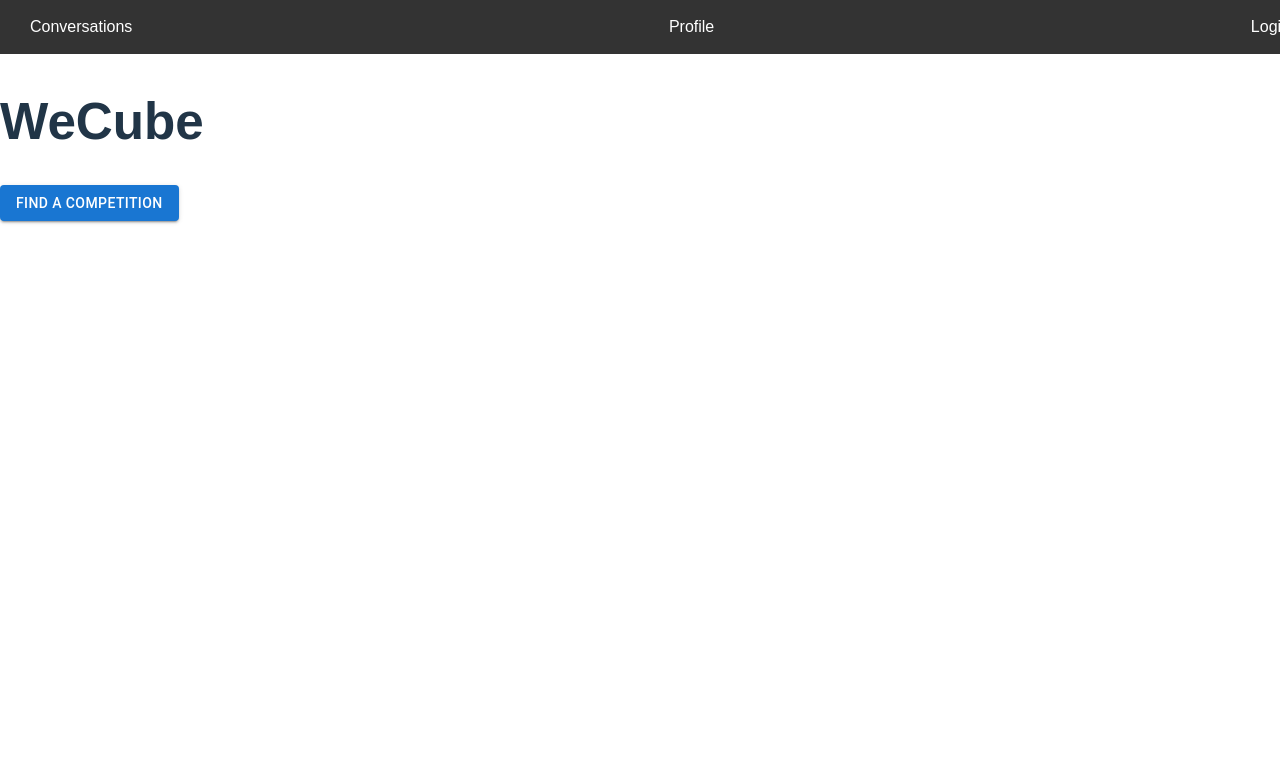
Repository: BWei22/wecube
Page: /
The author's editor kept a copy of each file at every save. The page is drawn from the files as they stood at one save, then again after the next save.
The browser window is 1280 px wide. The pictures show the whole page.
The project was rebuilt for these pictures with package versions that can differ from the ones it lists, and the page was loaded fresh each time. Also part of the build but not shown: vite.config.js, src/pages/Competitions.css, src/pages/Competitions.jsx, src/pages/Listings.css, src/pages/Listings.jsx, src/pages/CreateListing.jsx, src/pages/ListingDetails.css, src/pages/ListingDetails.jsx and 11 more.

Above is the page before, as saved 2024-07-29 23:14:22.

After the next save:
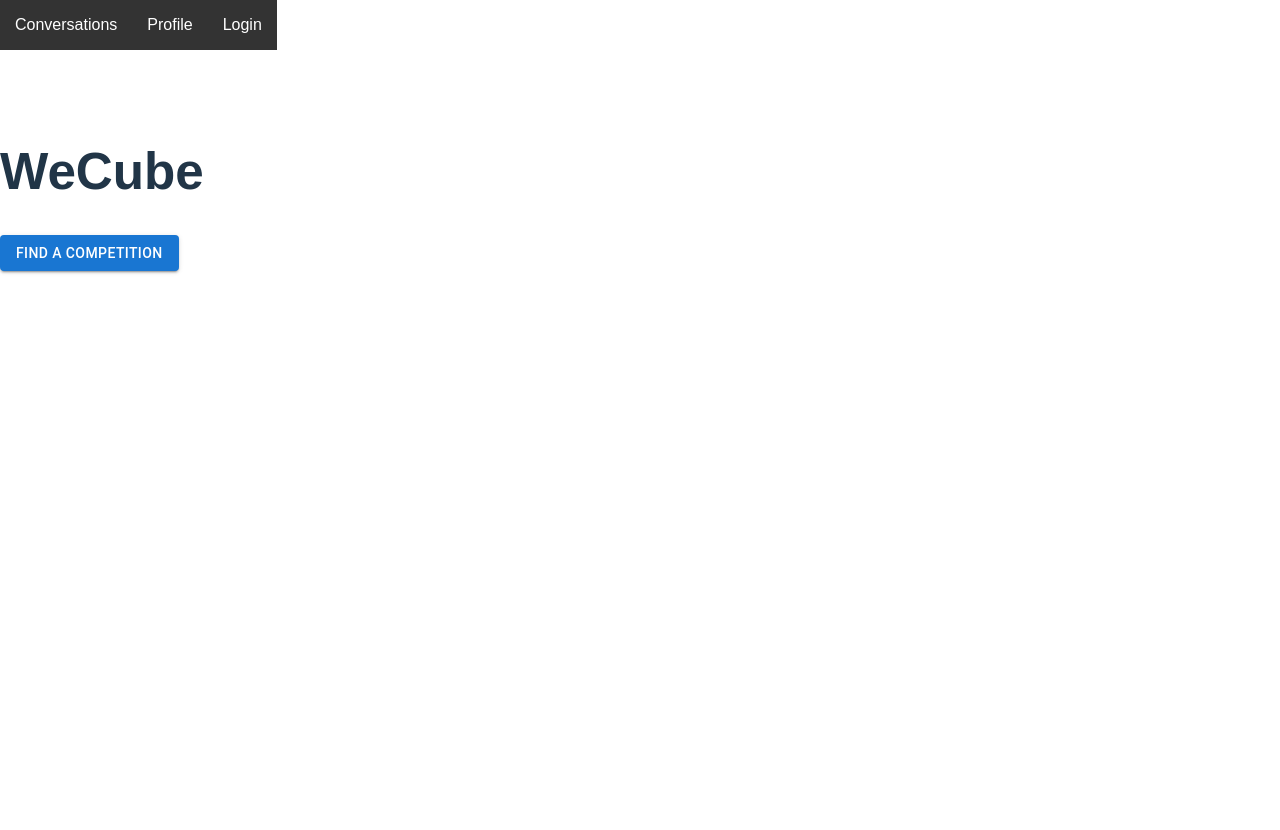
Saved 10 s later.
--- a/src/components/NavBar.css
+++ b/src/components/NavBar.css
@@ -1,29 +1,24 @@
-/* src/components/NavBar.css */
+/* src/components/Navbar.css */
 
 .navbar {
   display: flex;
-  justify-content: space-between;
+  justify-content: space-around;
   align-items: center;
-  padding: 15px 20px;
+  height: 50px;
   background-color: #333;
-  color: #fff;
-  position: fixed;
-  width: 100%;
-  top: 0;
-  z-index: 1000;
+  color: white;
 }
 
 .navbar a {
-  color: #fff;
+  color: white;
   text-decoration: none;
-  margin: 0 10px;
+  padding: 0 15px;
 }
 
-.navbar a:hover {
-  text-decoration: underline;
+.notification-badge {
+  background-color: red;
+  color: white;
+  border-radius: 50%;
+  padding: 5px 10px;
+  margin-left: 5px;
 }
-
-.navbar .navbar-right {
-  display: flex;
-  align-items: center;
-}
